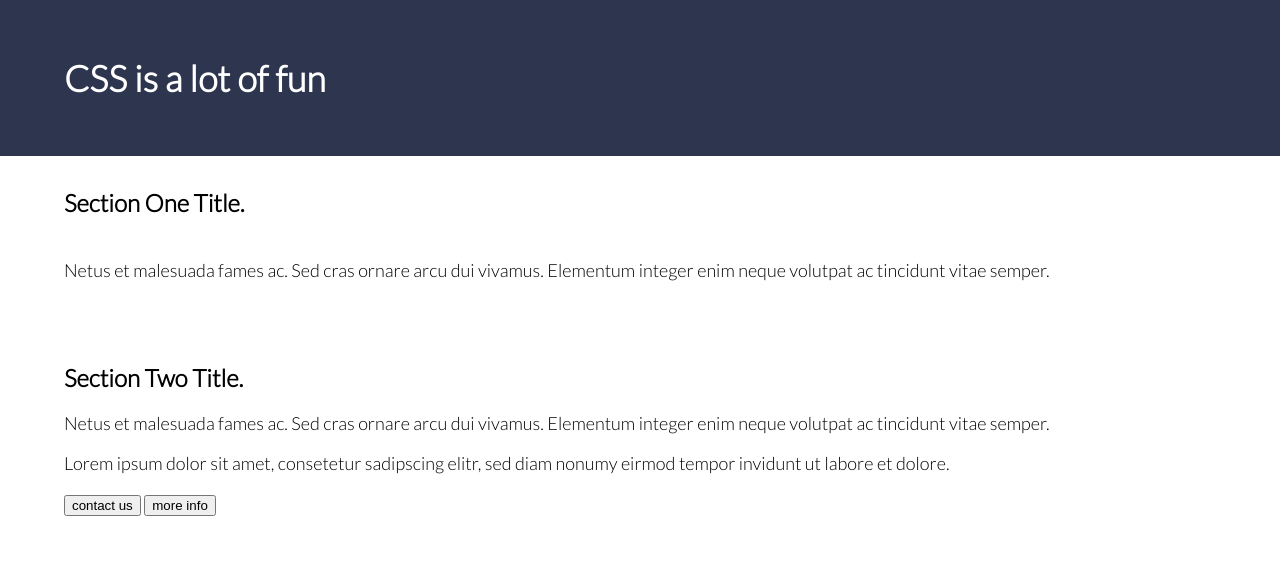
Repository: Doumham-Armah/sample-landing-page
Page: index.html
The author's editor kept a copy of each file at every save. The page is drawn from the files as they stood at one save, then again after the next save.
The browser window is 1280 px wide. The pictures show the whole page.

Above is the page before, as saved 2021-08-16 12:41:42.

### index.html
<!DOCTYPE html>
<html lang="en">
  <head>
    <meta charset="UTF-8" />
    <meta http-equiv="X-UA-Compatible" content="IE=edge" />
    <meta name="viewport" content="width=device-width, initial-scale=1.0" />
    <title>Document</title>
    <link rel="preconnect" href="https://fonts.googleapis.com" />
    <link rel="preconnect" href="https://fonts.gstatic.com" crossorigin />
    <link
      href="https://fonts.googleapis.com/css2?family=Lato:wght@300&display=swap"
      rel="stylesheet"
    />
    <link href="./style.css" rel="stylesheet" />
  </head>

  <body>
    <header>
      <div class="container">
        <h1>CSS is a lot of fun</h1>
      </div>
    </header>

    <section class="section-one">
      <div class="container">
        <h2>Section One Title.</h2>
        <img src="" alt="" />
        <p>
          Netus et malesuada fames ac. Sed cras ornare arcu dui vivamus.
          Elementum integer enim neque volutpat ac tincidunt vitae semper.
        </p>
      </div>
    </section>

    <section class="section-two">
      <div class="container">
        <h2>Section Two Title.</h2>
        <p>
          Netus et malesuada fames ac. Sed cras ornare arcu dui vivamus.
          Elementum integer enim neque volutpat ac tincidunt vitae semper.
        </p>
        <p>
          Lorem ipsum dolor sit amet, consetetur sadipscing elitr, sed diam
          nonumy eirmod tempor invidunt ut labore et dolore.
        </p>
        <button>contact us</button>
        <button>more info</button>
      </div>
    </section>
  </body>
</html>

### style.css
body {
  margin: 0;
  font-family: "Lato", sans-serif;
  font-size: 18px;
}
.container {
  padding: 2rem 4rem;
}
header,
.two {
  background-color: #2e354f;
  color: white;
}

h1 {
  font-size: 36px;
}
h2 {
  font-size: 24px;
}
h2,
p {
  margin-top: 0;
}

After the next save:
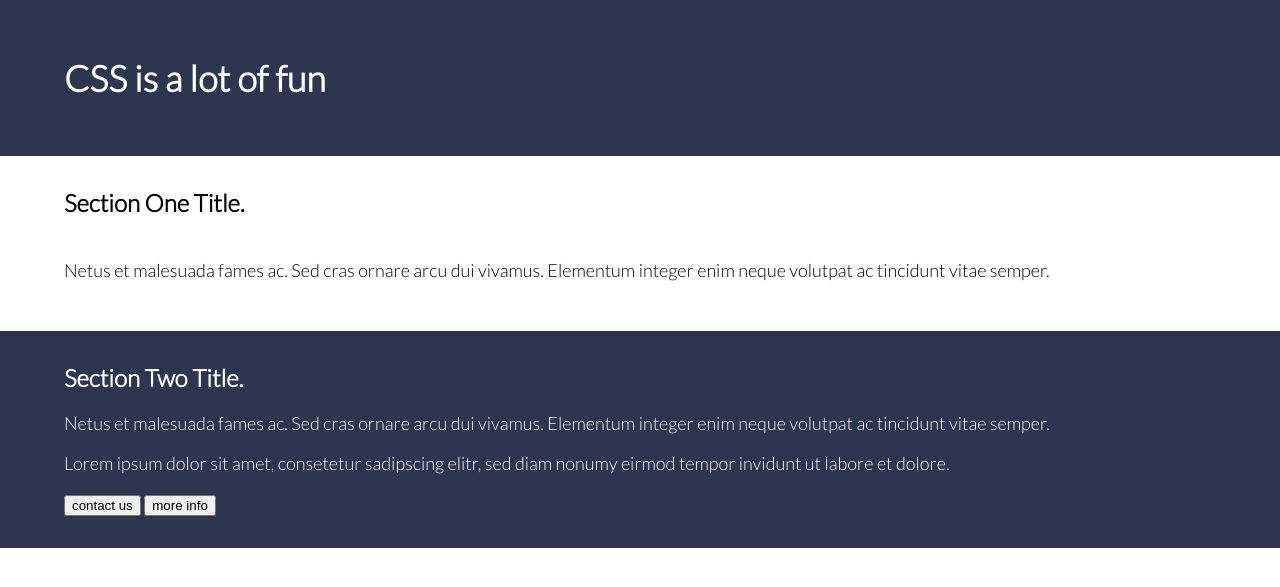
Saved 13 s later.
--- a/style.css
+++ b/style.css
@@ -7,7 +7,7 @@ body {
   padding: 2rem 4rem;
 }
 header,
-.two {
+.section-two {
   background-color: #2e354f;
   color: white;
 }
